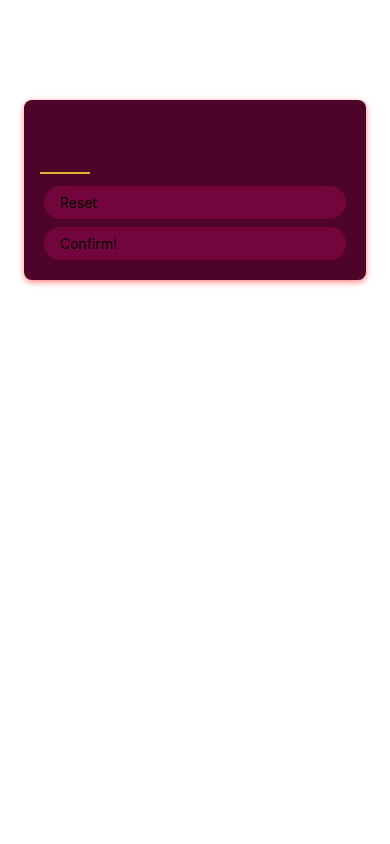
Repository: SyLe-Van/Number-Guessing-Game
Screen: /
The author's editor kept a copy of each file at every save. The screen is drawn from the files as they stood at one save, then again after the next save.
The app was drawn by React Native's web renderer in a window 390 px wide. The project was rebuilt for these pictures with package versions that can differ from the ones it lists, and the page was loaded fresh each time.

Above is the screen before, as saved 2024-02-02 00:20:13.

### App.js
import { StyleSheet } from "react-native";

import StartGameScreen from "./screens/StartGameScreen";
export default function App() {
  return <StartGameScreen />;
}

const styles = StyleSheet.create({});

### screens/StartGameScreen.js
import { TextInput, View, StyleSheet } from "react-native";
import PrimaryButton from "../components/PrimaryButton";
function StartGameScreen() {
  return (
    <View style={styles.inputContainer}>
      <TextInput
        style={styles.numberInput}
        maxLength={2}
        keyboardType={"number-pad"}
        autoCapitalize="none"
        autoCorrect={false}
      />
      <PrimaryButton>Reset</PrimaryButton>
      <PrimaryButton>Confirm!</PrimaryButton>
    </View>
  );
}
const styles = StyleSheet.create({
  inputContainer: {
    padding: 16,
    marginTop: 100,
    marginHorizontal: 24,
    backgroundColor: "#4e0329",
    borderRadius: 8,
    shadowColor: "red",
    shadowOffset: { width: 0, height: 2 },
    shadowRadius: 6,
    shadowOpacity: 0.5,
  },
  numberInput: {
    height: 50,
    width: 50,
    fontSize: 30,
    borderBottomColor: "#ddb52f",
    borderBottomWidth: 2,
    color: "#ddb52f",
    marginVertical: 8,
    fontWeight: "bold",
    textAlign: "center",
  },
});
export default StartGameScreen;

### components/PrimaryButton.js
import { View, Text, Pressable, StyleSheet } from "react-native";
function PrimaryButton({ children }) {
  function pressHandler() {
    console.log("Pressed");
  }
  return (
    <Pressable onPress={pressHandler}>
      <View style={styles.buttonContainer}>
        <Text>{children}</Text>
      </View>
    </Pressable>
  );
}
const styles = StyleSheet.create({
  buttonContainer: {
    backgroundColor: "#72063c",
    borderRadius: 25,
    paddingVertical: 8,
    paddingHorizontal: 16,
    margin: 4,
  },
  buttonText: {
    color: "white",
  },
});
export default PrimaryButton;

After the next save:
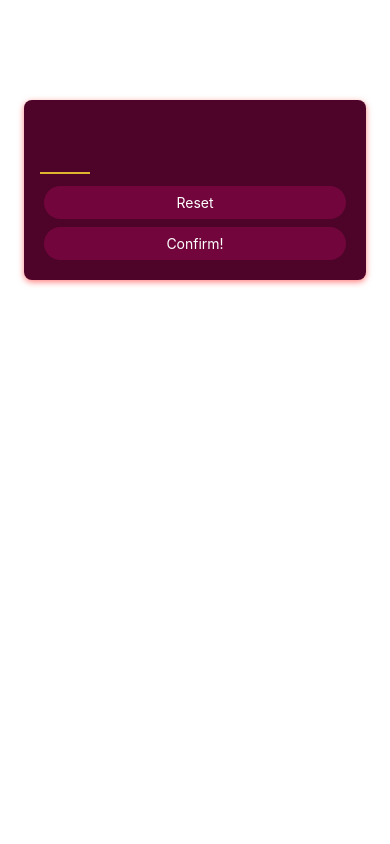
Saved 46 s later.
--- a/components/PrimaryButton.js
+++ b/components/PrimaryButton.js
@@ -6,7 +6,7 @@ function PrimaryButton({ children }) {
   return (
     <Pressable onPress={pressHandler}>
       <View style={styles.buttonContainer}>
-        <Text>{children}</Text>
+        <Text style={styles.buttonText}>{children}</Text>
       </View>
     </Pressable>
   );
@@ -21,6 +21,7 @@ const styles = StyleSheet.create({
   },
   buttonText: {
     color: "white",
+    textAlign: "center",
   },
 });
 export default PrimaryButton;
